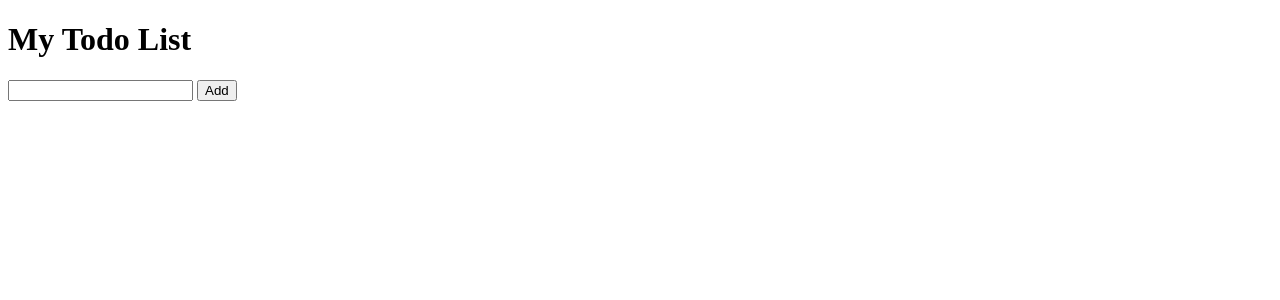
Repository: harshit-technocrat11/basic-DOM-projects
Page: 03-todo-list/index.html
The author's editor kept a copy of each file at every save. The page is drawn from the files as they stood at one save, then again after a run of saves.
The browser window is 1280 px wide. The pictures show the whole page.

Above is the page before, as saved 2025-09-07 19:20:18.

### 03-todo-list/index.html
<!DOCTYPE html>
<html lang="en">
<head>
    <meta charset="UTF-8">
    <meta name="viewport" content="width=device-width, initial-scale=1.0">
    <title>Todo list</title>
    <link rel="stylesheet" href="styles/style.css">
    <link rel="stylesheet" href="https://cdnjs.cloudflare.com/ajax/libs/font-awesome/6.5.2/css/all.min.css">
</head>
<body>

    <div class="root-container">
        <h1>My Todo List</h1>

        <div class="search-add">

            <form action="/" method="POST">
                <input type="text" id="user-input" >

                <button id="btn-add-todo">
                    Add
                </button>
            </form>
        </div>

        <div class="display-todos">

        </div>

    </div>


    <script src="scripts/script.js"></script>
</body>
</html>

Loaded but not shown: 03-todo-list/scripts/script.js (no stored copy; drawn as an empty file); 03-todo-list/styles/style.css (no stored copy; drawn as an empty file)

After the next 2 saves:
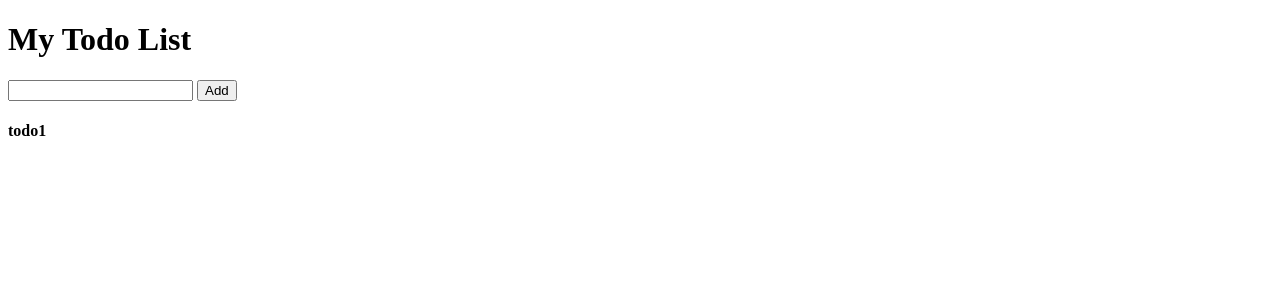
The 2 saves are shown as one change because they came seconds apart.
The last was saved 7 s later.
--- a/03-todo-list/index.html
+++ b/03-todo-list/index.html
@@ -24,7 +24,7 @@
         </div>
 
         <div class="display-todos">
-
+             <h4>todo1</h4>
         </div>
 
     </div>
